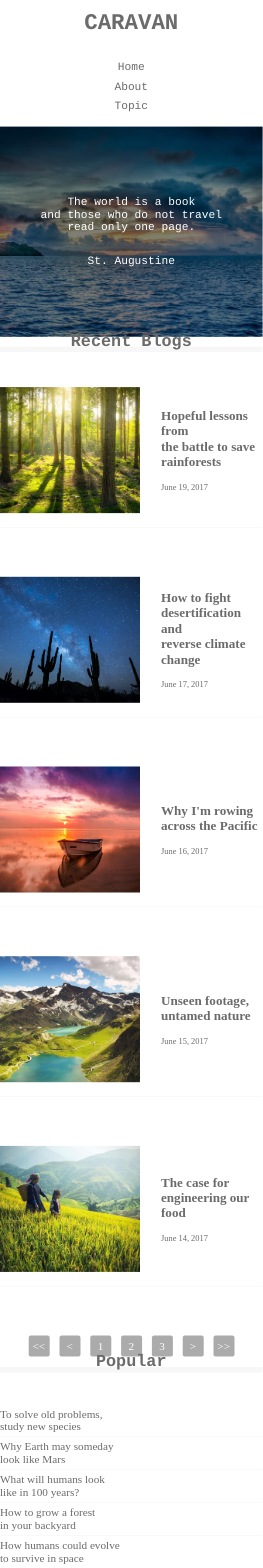
Repository: rascalNoShippo/git-practice
Page: caravan/index.html
The author's editor kept a record of every edit. The page is drawn from the files as they stood at one moment, then again after the next edit.
The browser window is 375 px wide. The pictures show the part of the page from y = 0 to 2240 px (the page is 3082 px tall before and 3142 px after), at 70% of full size.
Some web libraries are served in a nearby version.

Above is the page before.

### caravan/index.html
<!DOCTYPE html>
<html lang="ja">
  <head>
    <meta charset="UTF-8">
    <meta name="viewport" content="width=device-width,initial-scale=1.0">
    <script src="https://kit.fontawesome.com/d67b0675a1.js" crossorigin="anonymous"></script>
    <link rel="stylesheet" href="style.css" />
    <title>CARAVAN</title>
  </head>

  <body>
    <header>
      <h1 class="heading">
        <a href="index.html">CARAVAN</a>
      </h1>
      <div class="social">
        <i class="fa-brands fa-facebook"></i>
        <i class="fa-brands fa-square-twitter"></i>
        <i class="fa-brands fa-instagram"></i>
      </div>
    </header>
    <nav>
      <ul class="nav-list">
        <li class="nav-list-item">
          <a href="index.html">Home</a>
        </li>
        <li class="nav-list-item">About</li>
        <li class="nav-list-item">Topic</li>
      </ul>
    </nav>
    <div class="main-visual">
      <div class="main-visual-content">
        <div>
          <p class="main-visual-text">
            The world is a book<br>and those who do not travel<br>read only one page.
          </p>
          <p class="main-visual-name">
            St. Augustine
          </p>
        </div>
      </div>
    </div>
    <main>
      <section class="blog">
        <h2 class="blog-heading">Recent Blogs</h2>
        <div class="blog-box">
          <div class="blog-item">
            <img class="blog-image" src="image/forest.jpg" />
            <section class="blog-text">
              <h3 class="blog-text-heading">
                <a href="single.html">
                  Hopeful lessons from<br>
                  the battle to save<br>
                  rainforests
                </a>
              </h3>
              <p class="blog-date">June 19, 2017</p>
              <span class="category">Nature</span>
            </section>
          </div>
          <div class="blog-item">
            <img class="blog-image" src="image/desert.jpg" />
            <section class="blog-text">
              <h3 class="blog-text-heading">
                <a href="single.html">
                  How to fight<br>
                  desertification and<br>
                  reverse climate change
                </a>
              </h3>
              <p class="blog-date">June 17, 2017</p>
              <span class="category">Nature</span>
            </section>
          </div>
          <div class="blog-item">
            <img class="blog-image" src="image/sunset.jpg" />
            <section class="blog-text">
              <h3 class="blog-text-heading">
                <a href="single.html">
                  Why I'm rowing<br>
                  across the Pacific
                </a>
              </h3>
              <p class="blog-date">June 16, 2017</p>
              <span class="category">Adventure</span>
            </section>
          </div>
          <div class="blog-item">
            <img class="blog-image" src="image/italy.jpg" />
            <section class="blog-text">
              <h3 class="blog-text-heading">
                <a href="single.html">
                  Unseen footage,<br>
                  untamed nature
                </a>
              </h3>
              <p class="blog-date">June 15, 2017</p>
              <span class="category">Nature</span>
            </section>
          </div>
          <div class="blog-item">
            <img class="blog-image" src="image/asia.jpg" />
            <section class="blog-text">
              <h3 class="blog-text-heading">
                <a href="single.html">
                  The case for<br>
                  engineering our food
                </a>
              </h3>
              <p class="blog-date">June 14, 2017</p>
              <span class="category">Culture</span>
            </section>
          </div>
        </div>
        <div class="pagination">
          <p><<</p>
          <p><</p>
          <p>1</p>
          <p>2</p>
          <p>3</p>
          <p>></p>
          <p>>></p>
        </div>
      </section>
      <div class="sidebar">
        <section class="popular">
          <h2 class="popular-heading common-heading">Popular</h2>
          <div class="sidebar-contents">
            <p class="popular-text">To solve old problems,<br>study new species</p>
            <p class="popular-text">Why Earth may someday<br>look like Mars</p>
            <p class="popular-text">What will humans look<br>like in 100 years?</p>
            <p class="popular-text">How to grow a forest<br>in your backyard</p>
            <p class="popular-text">How humans could evolve<br>to survive in space</p>
          </div>
        </section>
        <section class="instagram">
          <h2 class="instagram-heading common-heading">Instagram</h2>
          <div class="sidebar-contents">
            <div class="instagram-box"></div>
            <div class="instagram-box"></div>
            <div class="instagram-box"></div>
            <div class="instagram-box"></div>
            <div class="instagram-box"></div>
            <div class="instagram-box"></div>
          </div>
        </section>
        <section class="categories">
          <h2 class="categories-heading common-heading">Categories</h2>
          <div class="sidebar-contents">
            <p class="categories-text">Technology(15)</p>
            <p class="categories-text">Business(23)</p>
            <p class="categories-text">Entertainment(12)</p>
            <p class="categories-text">Nature(32)</p>
            <p class="categories-text">Education(9)</p>
            <p class="categories-text">Adventure(23)</p>
            <p class="categories-text">Communication(14)</p>
          </div>
        </section>
      </div>
    </main>
    <footer>
      <p class="footer-text">© All rights reserved by Infratop.Inc.</p>
    </footer>
  </body>
</html>

### caravan/style.css
*{
  margin: 0;
  padding: 0;
  box-sizing: border-box;
}

body{
  color: #6c6b6b;
  background-color: white;
}

a{
  text-decoration: none;
  color: #6c6b6b;;
}

header, nav, h2, .main-visual, footer {
  font-family: Chalkduster, "Bradley Hand", Courier, "Segoe Print", sans-serif;
}

header {
  width: 90%;
  padding: 15px 0;
  margin: 0 auto;
  text-align: center;
  position: relative;
}

.social{
  position: absolute;
  top: 22px;
  right: 22px;
}

.social i {
  display: inline-block;
  font-size: 24px;
}

.social i:nth-child(n+2) {
  margin-left: 20px;
}

header .heading{
  font-size: 32px;
}

.nav-list{
 text-align: center;
 padding: 10px 0;
 margin: 0 auto;
 }

.nav-list-item{
  list-style: none;
  display: inline-block;
  margin: 0 20px;
}

.main-visual{
  width: 100%;
  height: 300px;
  background-image: url("image/mv.jpg");
  background-size: cover;
  background-position: center;
}

.main-visual-content{
  width: 40%;
  height: 300px;
  background-color: rgba(0,0,0,0.5);
  display: flex;
  align-items: center;
  flex-wrap: wrap;
  justify-content: center;
  text-align: center;
  color: white;
}

.main-visual-name{
  margin-top: 30px;
}

/*.main{
  width: 840px;
  height: 1400px;
  background-color: green;
  display: flex;
  justify-content: center;
  margin: 0 auto;
}*/

main{
  width: 800px;
  display: flex;
  justify-content: center;
  margin: 0 auto;
  padding: 70px 0;
}

.blog{
  width: 540px;
  margin-right: 30px;
}

.blog-heading{
  border-bottom: 8px solid #f7f7f7;
  text-align: center;
  line-height: 0.6;
}

.blog-item {
  padding: 50px 0 20px 0;
  margin-bottom: 20px;
  border-bottom: 1px solid #f7f7f7;
  display: flex;
  justify-content: flex-start;
}

.blog-text-heading{
  padding-bottom: 15px;
}

.blog-image {
  height: 180px;
}

.blog-text{
  padding: 25px 0 0 30px;
}

.blog-date {
  font-size: 12px;
  display: inline-block;
}

.category {
  display: inline-block;
  padding: 5px 8px;
  background-color: #acabab;
  border-radius: 3px;
  color: #fff;
  font-size: 11px;
}

.sidebar{
  width: 230px;
}

.common-heading{
  border-bottom: 8px solid #f7f7f7;
  text-align: center;
  line-height: 0.6;
}

.sidebar-contents{
  padding: 50px 0;
}

.popular-text,
.categories-text{
  padding-bottom: 5px;
  border-bottom: 1px solid #f7f7f7;
  margin-bottom: 5px;
}

.popular-text:last-child,
.categories-text:last-child{
  margin: 0;
  padding: 0;
  border: none;
}

.instagram .sidebar-contents{
  display: flex;
  flex-wrap: wrap;
}

.instagram-box{
  width: 110px;
  padding-top: 110px;
  background-size: cover;
  background-position: center;
  margin-bottom: 10px;
}

.instagram-box:nth-child(2n+1) {
  margin-right: 10px;
}

.instagram-box:nth-child(1) {
  background-image: url(image/airport.jpg);
}

.instagram-box:nth-child(2) {
  background-image: url(image/japan.jpg);
}

.instagram-box:nth-child(3) {
  background-image: url(image/snow.jpg);
}

.instagram-box:nth-child(4) {
  background-image: url(image/japan2.jpg);
}

.instagram-box:nth-child(5) {
  background-image: url(image/lake.jpg);
}

.instagram-box:nth-child(6) {
  background-image: url(image/road.jpg);
}


.pagination{
  text-align: center;
  padding-top: 50px;
}

.pagination p {
  display: inline-block;
  width: 30px;
  height: 30px;
  margin: 0 5px;
  color: #fff;
  background-color: #acabab;
  border-radius: 3px;
  line-height: 30px;
}

footer {
  width: 100%;
  height: 120px;
  text-align: center;
  line-height: 120px;
  background-color: #848282;
}

.footer-text {
  color: #fff;
}

@media screen and (max-width:425px){
  .social{
    display: none;
  }

  .social i{

  }

  .nav-list-item{
    display: block;
    margin: 10px;
  }

  .main-visual-content, main, .blog, .sidebar{
    width: 100%;
  }

  main{
    display: block;
    padding: 0;
  }

  .blog-item{
    align-items: center;
  }

  .blog-image{
    width: 200px;
    object-fit: cover;
    object-position: center;
  }

  .blog-text{
    padding-top: 0;
  }

  .category{
    display: none;
  }
}

After the next edit:
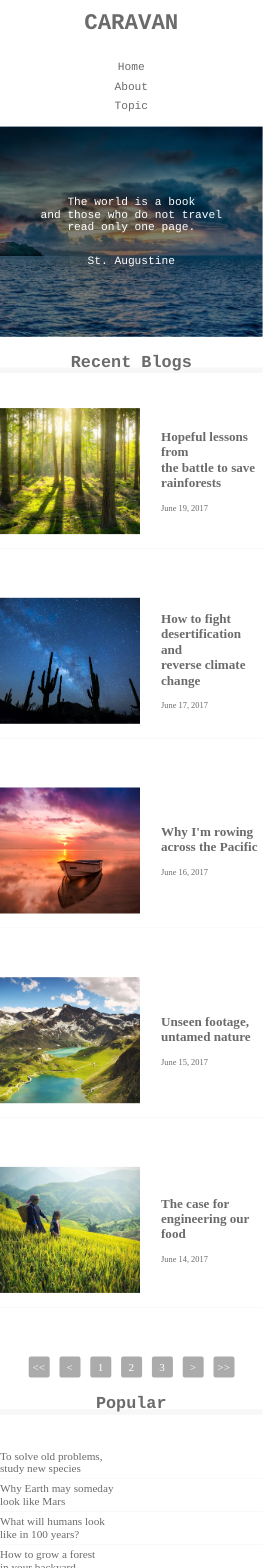
The edit:
--- a/caravan/style.css
+++ b/caravan/style.css
@@ -264,6 +264,10 @@
     padding: 0;
   }
 
+  .blog, .sidebar{
+    margin-top: 30px;
+  }
+
   .blog-item{
     align-items: center;
   }
